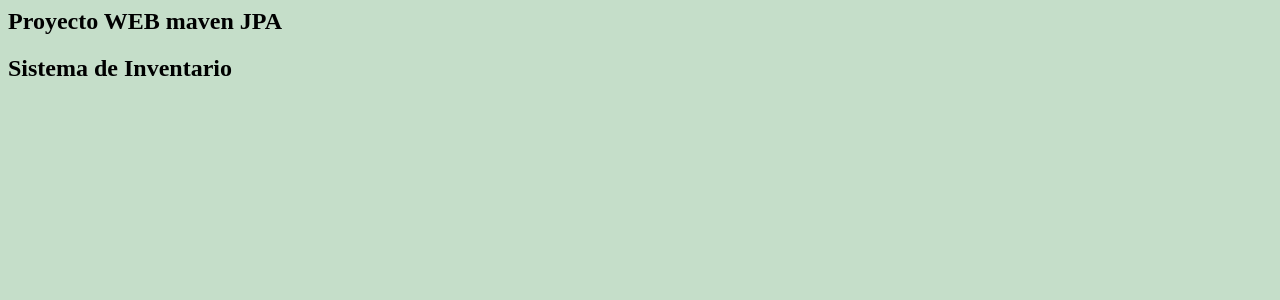
Repository: MiguelAngelLuna/ProyectoJPAMAVEN
Page: http://localhost/ProyectoMaven/
The author's editor kept a copy of each file at every save. The page is drawn from the files as they stood at one save, then again after the next save.
The browser window is 1280 px wide. The pictures show the whole page.
The page is served by Tomcat 9.

Above is the page before, as saved 2024-10-03 14:17:23.

After the next save:
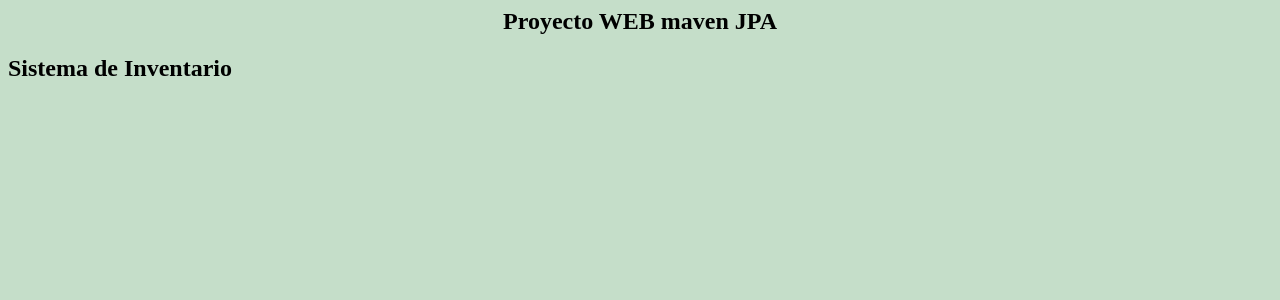
Saved 7 min 9 s later.
--- a/ProyectoMaven/src/main/webapp/index.jsp
+++ b/ProyectoMaven/src/main/webapp/index.jsp
@@ -1,6 +1,6 @@
 <html>
 <body bgcolor="#c5dec9">
-<h2>Proyecto WEB maven JPA</h2>
+<h2 align="center">Proyecto WEB maven JPA</h2>
 <h2>Sistema de Inventario</h2>
 </body>
 </html>
